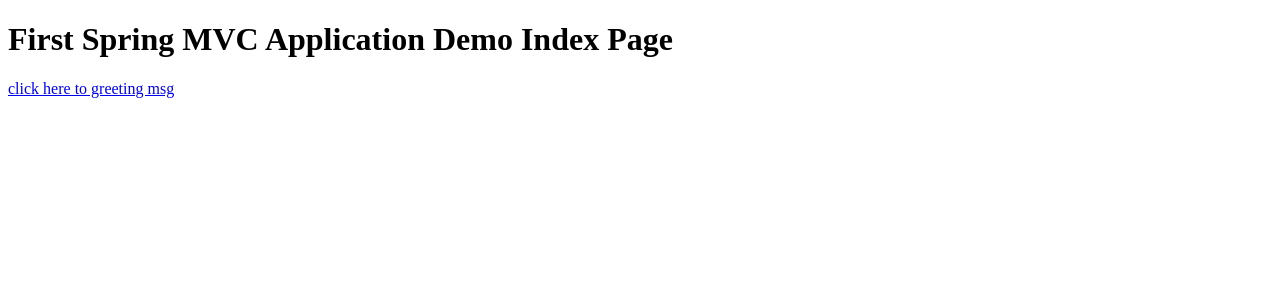
Repository: anujsachan89/Spring-MVC
Page: http://localhost/SpringMVC2/
These files come from the project's save history. The page is drawn as it stood at one moment and after the next save; the edit follows.
The browser window is 1280 px wide. The pictures show the whole page.
The page is served by Tomcat 9. Other server files are loaded and not shown.

Above is the page before, as saved 2017-02-03 06:10:28.

### Spring-MVC workspace/SpringMVC2/src/main/webapp/index.jsp
<%@ page language="java" contentType="text/html; charset=UTF-8"
    pageEncoding="UTF-8"%>
<!DOCTYPE html PUBLIC "-//W3C//DTD HTML 4.01 Transitional//EN" "http://www.w3.org/TR/html4/loose.dtd">
<html>
<body>
	<h1>First Spring MVC Application Demo Index Page</h1>
	<a href="welcome/countryName/anuj">click here to greeting msg</a>
</body>
</html>

After the next save:
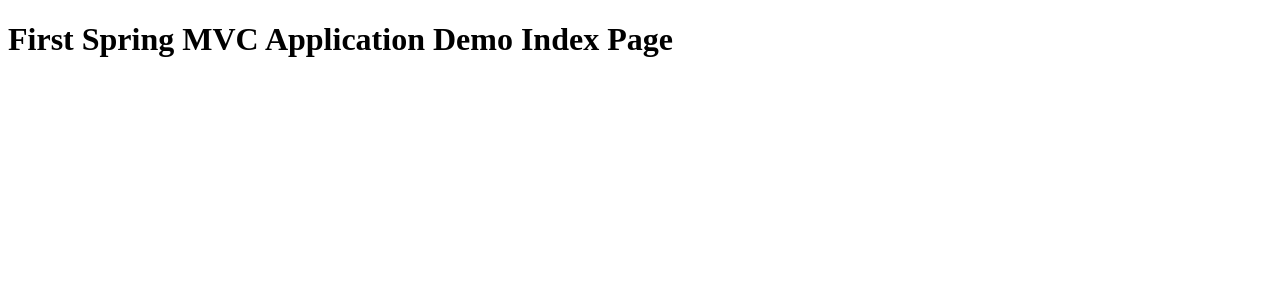
Saved 3 min 58 s later.
--- a/Spring-MVC workspace/SpringMVC2/src/main/webapp/index.jsp
+++ b/Spring-MVC workspace/SpringMVC2/src/main/webapp/index.jsp
@@ -4,6 +4,6 @@
 <html>
 <body>
 	<h1>First Spring MVC Application Demo Index Page</h1>
-	<a href="welcome/countryName/anuj">click here to greeting msg</a>
+	<!-- <a href="welcome/countryName/anuj">click here to greeting msg</a> -->
 </body>
 </html>
